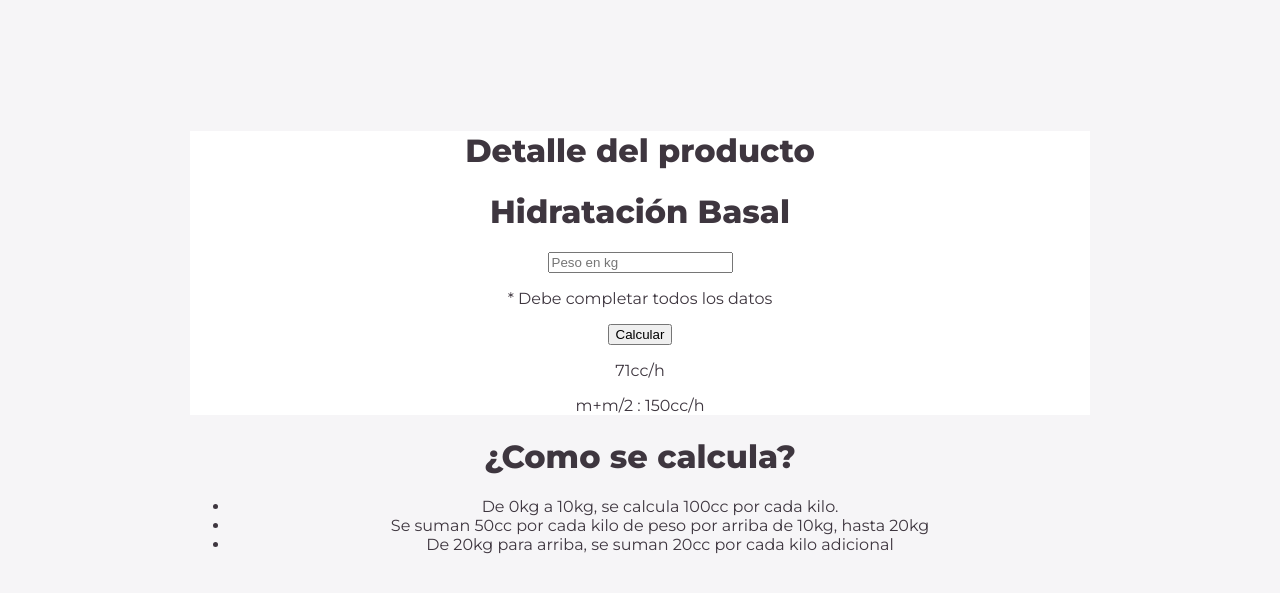
Repository: Fredy452/calculadora_basal
Page: index.html
The author's editor kept a copy of each file at every save. The page is drawn from the files as they stood at one save, then again after the next save.
The browser window is 1280 px wide. The pictures show the whole page.

Above is the page before, as saved 2023-04-21 07:33:39.

After the next save:
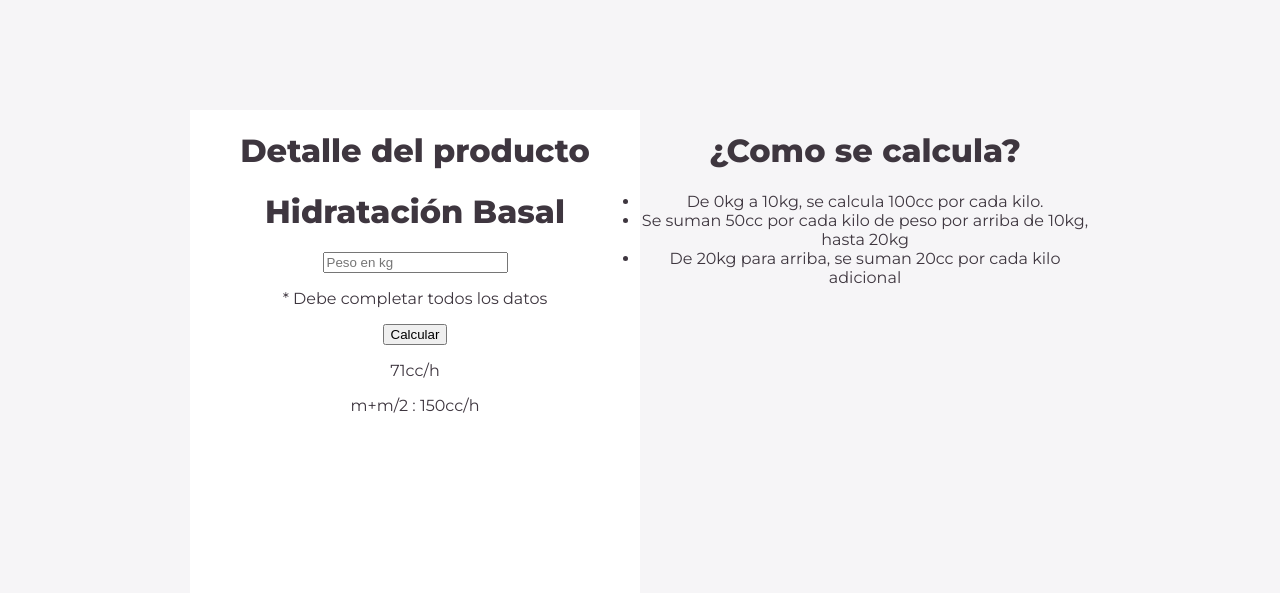
Saved 29 s later.
--- a/style.css
+++ b/style.css
@@ -15,7 +15,9 @@ body{
 }
 #calculadora{
     background: white;
-    width: 100%;;
+    width: 50%;
+    height: 100%;
+    float: left;
 }
 #detalle{
     /* background: #FF416C;
